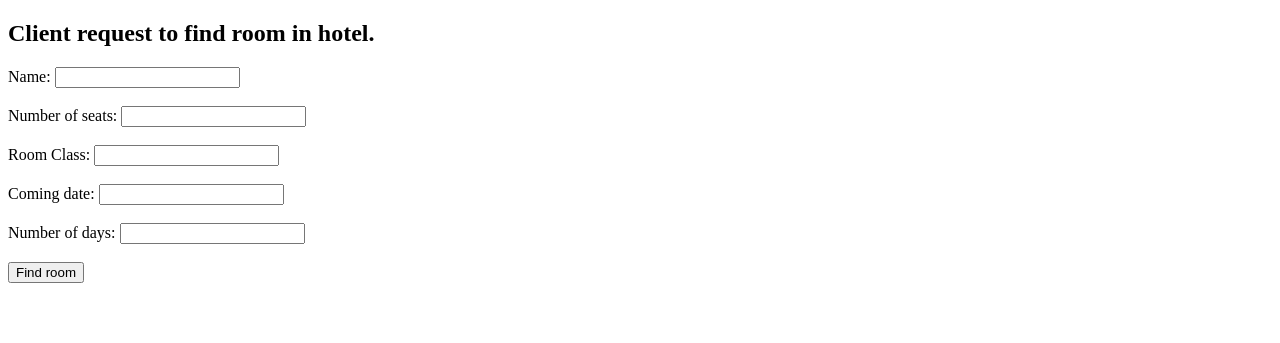
Repository: milosh-alexandr-by/ItAcademyJavaDeveloper
Page: http://localhost/HotelRequestSystem/ClientServlet.jsp
The author's editor kept a copy of each file at every save. The page is drawn from the files as they stood at one save, then again after the next save.
The browser window is 1280 px wide. The pictures show the whole page.
The page is served by Tomcat 9. Other server files are loaded and not shown.

Above is the page before, as saved 2015-12-10 21:36:01.

### Project_WEB/HotelRequestSystem/WebContent/ClientServlet.jsp
<%@ page language="java" contentType="text/html; charset=UTF-8"
    pageEncoding="UTF-8"%>
<!DOCTYPE html PUBLIC "-//W3C//DTD HTML 4.01 Transitional//EN" "http://www.w3.org/TR/html4/loose.dtd">
<html>
<head>
<meta http-equiv="Content-Type" content="text/html; charset=UTF-8">
<title>Insert title here</title>
</head>
<body>

	<h2>Client request to find room in hotel.</h2>

	<form action="HotelRequestSystem" method="GET">
		Name: <input type="text" name="Name" /> <br/><br/>
		Number of seats: <input type="text" name="NumberOfSeats" /> <br/><br/>
		Room Class: <input type="text" name="RoomClass" /> <br/><br/>
		Coming date: <input type="text" name="ComingDate" /> <br/><br/>
		Number of days: <input type="text" name="NumberOfDays" /> <br/><br/>
		<input type="submit" name="findRoom" value="Find room">
	</form>

</body>
</html>

After the next save:
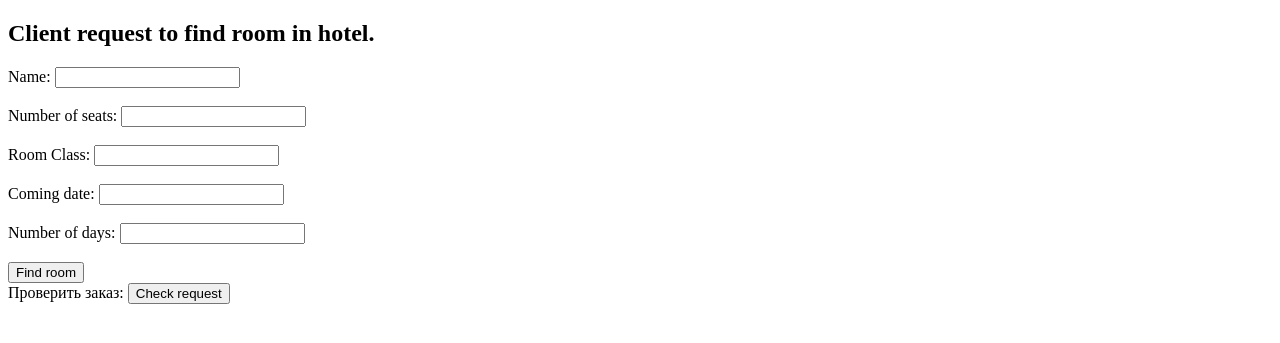
Saved 47 h 34 min later.
--- a/Project_WEB/HotelRequestSystem/WebContent/ClientServlet.jsp
+++ b/Project_WEB/HotelRequestSystem/WebContent/ClientServlet.jsp
@@ -19,5 +19,9 @@
 		<input type="submit" name="findRoom" value="Find room">
 	</form>
 
+	<form action="HotelRequestSystem" method="GET">
+		Проверить заказ: <input type="submit" name="checkRequest" value="Check request">
+	</form>
+
 </body>
 </html>
